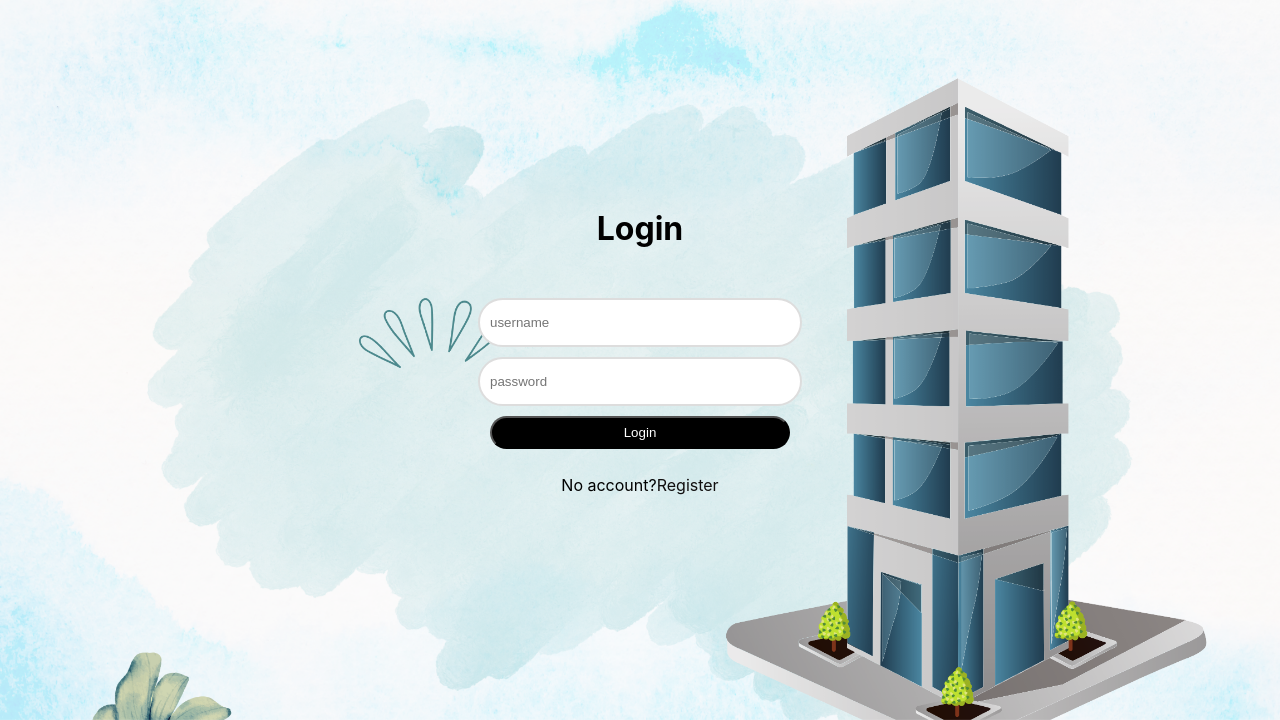
Repository: ngnhthuong/Smart_Trash_IOT
Page: /home (app in UI/)
An editor plug-in stored every save of this project. The page is shown before and after the next save, followed by the edit.
The browser window is 1280 px wide. The pictures show the whole page.
The project was rebuilt for these pictures with package versions that can differ from the ones it lists, and the page was loaded fresh each time. Also part of the build but not shown: UI/src/pages/signup/Signup.js, UI/src/components/FloorStyle.css, UI/src/components/Floor.js, UI/src/pages/Home/HomeStyles.css, UI/src/pages/Home/Home.js.

Above is the page before, as saved 2024-03-30 14:50:00.

After the next save:
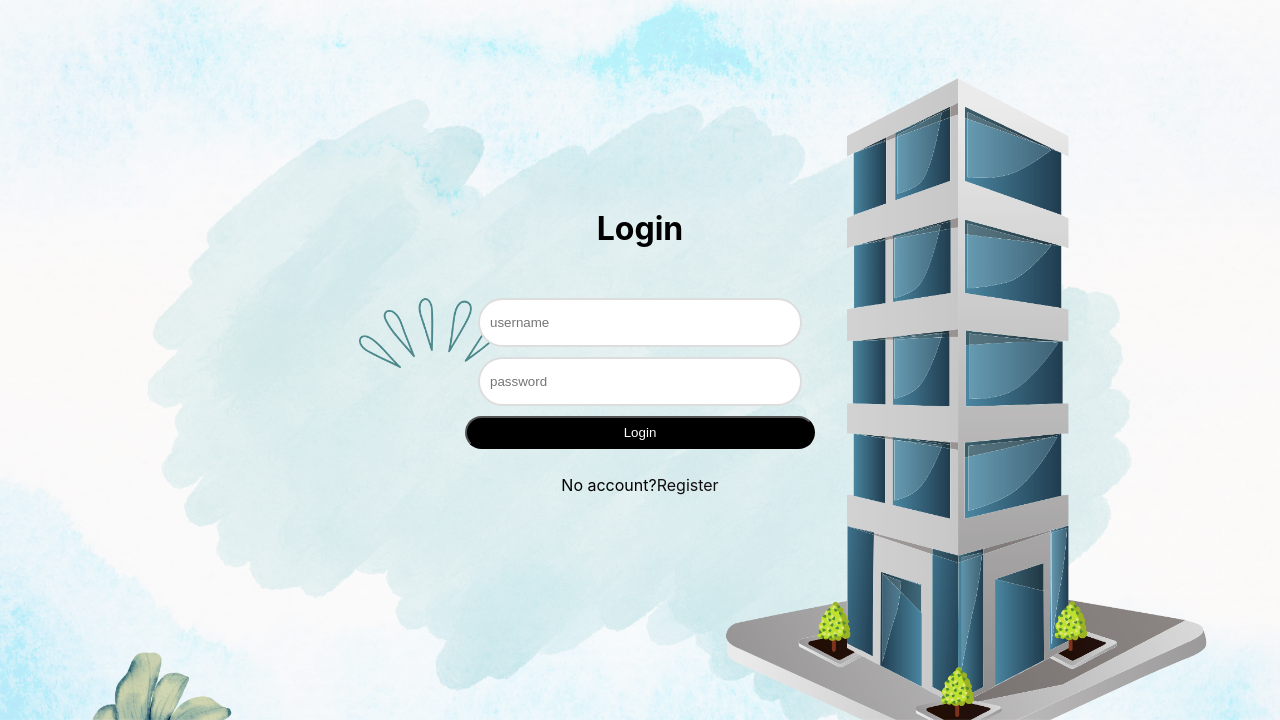
Saved 7 s later.
--- a/UI/src/pages/login/LoginStyles.css
+++ b/UI/src/pages/login/LoginStyles.css
@@ -38,7 +38,7 @@ input:focus {
 
 .button {
     cursor: pointer;
-    width: 300px;
+    width: 350px;
     display: block;
     margin-bottom: 10px;
     background-color: #000000;
